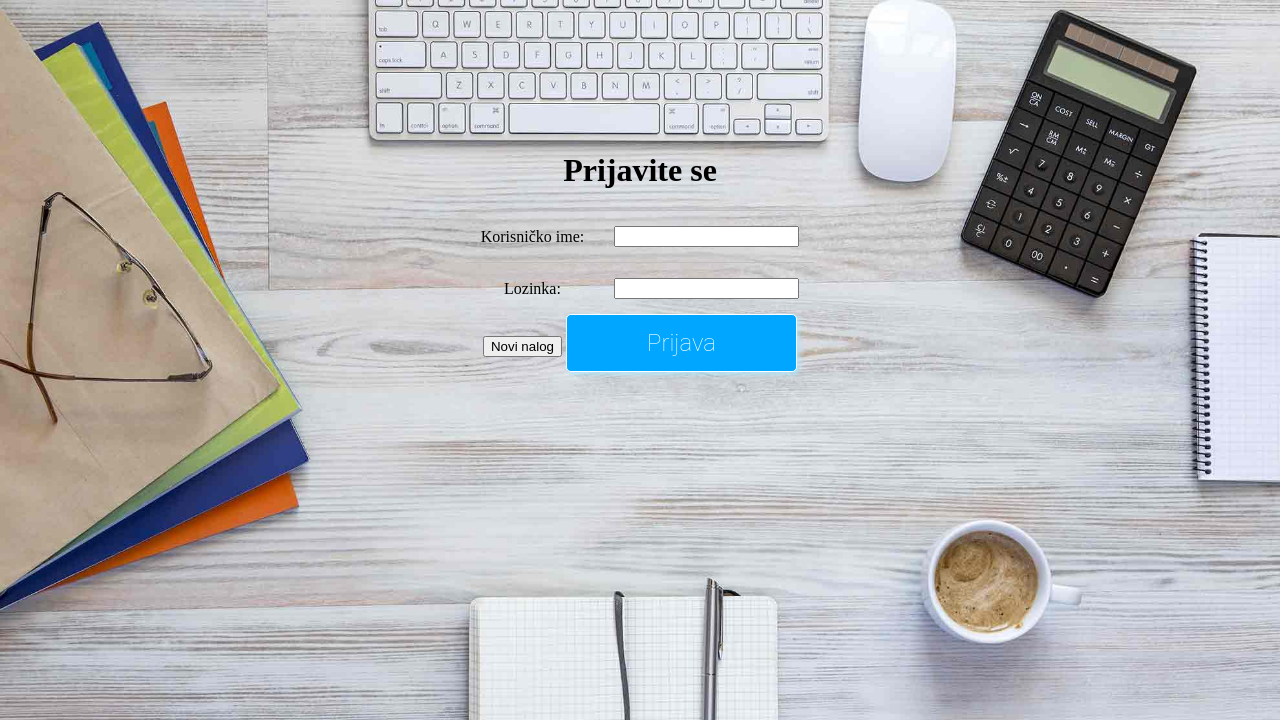
Repository: KristijanPetkovic/java-applet-video-library
Page: http://localhost/www.videoteka.com/
The author's editor kept a copy of each file at every save. The page is drawn from the files as they stood at one save, then again after the next save.
The browser window is 1280 px wide. The pictures show the whole page.
The page is served by Tomcat 9.

Above is the page before, as saved 2019-01-09 21:14:46.

After the next save:
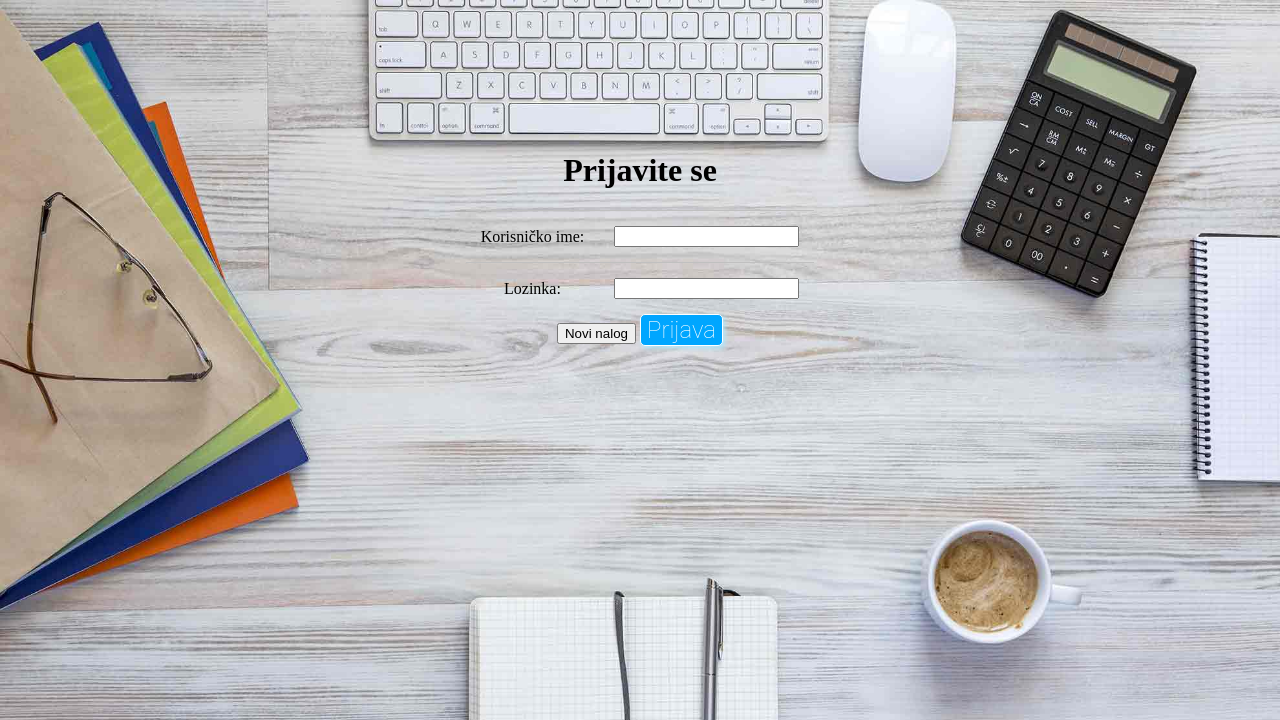
Saved 20 s later.
--- a/Projekti/www.videoteka.com/WebContent/logovanje.css
+++ b/Projekti/www.videoteka.com/WebContent/logovanje.css
@@ -50,7 +50,7 @@
 .color-change {
   border-radius: 5px;
   font-size: 20px;
-  padding: 14px 80px;
+
   cursor: pointer;
   color: #fff;
   background-color: #00A6FF;

After the save that followed:
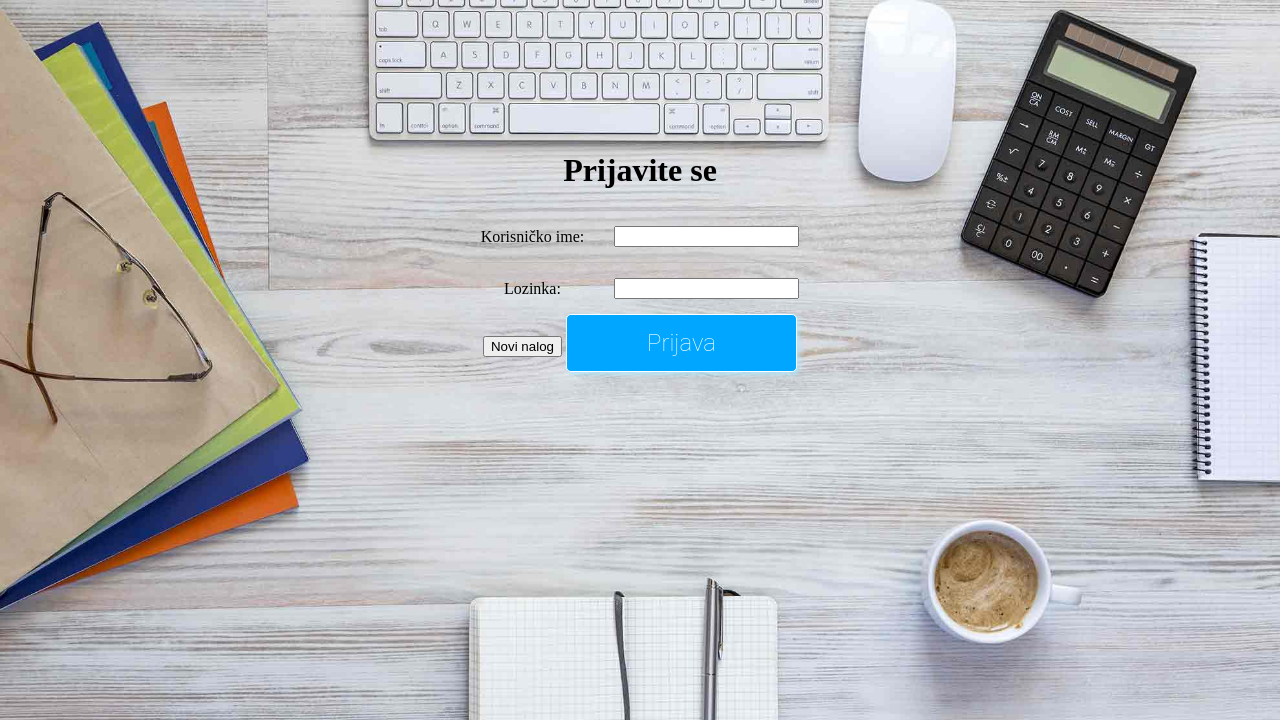
Saved 6 s later.
--- a/Projekti/www.videoteka.com/WebContent/logovanje.css
+++ b/Projekti/www.videoteka.com/WebContent/logovanje.css
@@ -50,7 +50,7 @@
 .color-change {
   border-radius: 5px;
   font-size: 20px;
-
+  padding: 14px 80px;
   cursor: pointer;
   color: #fff;
   background-color: #00A6FF;
